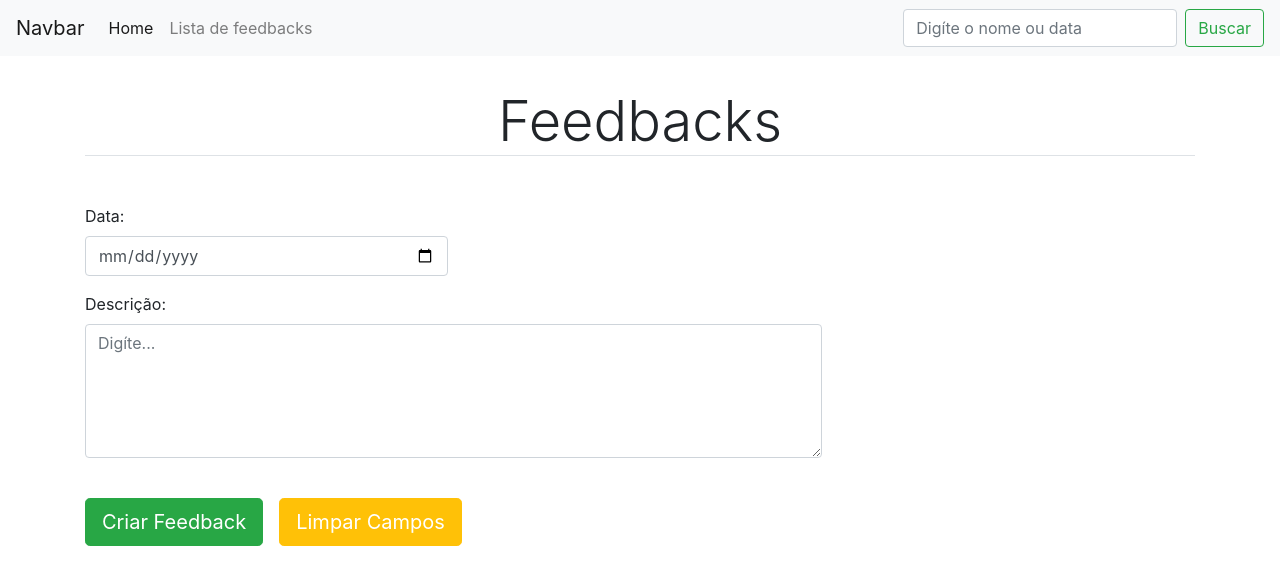
Repository: JulioSantooz/maisViagensSegundaVersao
Page: java-web(eclipse)/java-crud-mais-viagens/src/main/webapp/descricao.html
These files come from the project's save history. The page is drawn as it stood at one moment and after the next save; the edit follows.
The browser window is 1280 px wide. The pictures show the whole page.
Some web libraries are served in a nearby version.

Above is the page before, as saved 2022-02-06 15:27:32.

### java-web(eclipse)/java-crud-mais-viagens/src/main/webapp/descricao.html
<!DOCTYPE html>
<html>
<head>
<meta charset="ISO-8859-1">
<link rel="stylesheet" href="https://maxcdn.bootstrapcdn.com/bootstrap/4.0.0/css/bootstrap.css">
<title>+Viagens - Feedbacks</title>
</head>
<body>

<nav class="navbar navbar-expand-lg navbar-light bg-light">
  <a class="navbar-brand" href="#">Navbar</a>
  <button class="navbar-toggler" type="button" data-toggle="collapse" data-target="#navbarSupportedContent" aria-controls="navbarSupportedContent" aria-expanded="false" aria-label="Toggle navigation">
    <span class="navbar-toggler-icon"></span>
  </button>

  <div class="collapse navbar-collapse" id="navbarSupportedContent">
    <ul class="navbar-nav mr-auto">
      <li class="nav-item active">
        <a class="nav-link" href="index.html">Home <span class="sr-only">(current)</span></a>
      </li>
      <li class="nav-item">
        <a class="nav-link" href="#">Lista de feedbacks</a>
      </li>
    </ul>
    <form class="form-inline my-2 my-lg-0">
      <input name="pesquisa" class="form-control mr-sm-2" type="search" placeholder="Digíte o nome ou data" aria-label="Search">
      <button class="btn btn-outline-success my-2 my-sm-0" type="submit">Buscar</button>
    </form>
  </div>
</nav>

<main class="container text-center mt-3">
	<div class="row">
		<div class="col-12">
			<h1 class="display-4 my-3 border-bottom">Feedbacks</h1>
			<form action="CreateAndFind" method="POST">
                <div class="form-row mt-5 d-flex flex-column">
                    <div class="form-group col-4">
                        <label for="" class="float-left">Data:</label>
                        <input name="data" type="date" class="form-control" id="">
                    </div>
                    <div class="form-group col-8">
                        <label for="" class="float-left">Descrição:</label>
                        <textarea name="descricao" maxlength="300" class="form-control" id="" rows="5" placeholder="Digíte..."></textarea>
                    </div>
                </div>
                <button type="submit" class="btn btn-lg btn-success my-4 float-left">Criar Feedback</button>
                <button type="reset" class="btn btn-lg btn-warning text-white ml-3 my-4 float-left">Limpar Campos</button>
            </form>
		</div>
	</div>
</main>


<script src="https://code.jquery.com/jquery-3.2.1.slim.min.js"></script>
<script src="https://cdnjs.cloudflare.com/ajax/libs/popper.js/1.12.9/umd/popper.min.js"></script>
<script src="https://maxcdn.bootstrapcdn.com/bootstrap/4.0.0/js/bootstrap.js"></script>

</body>
</html>

After the next save:
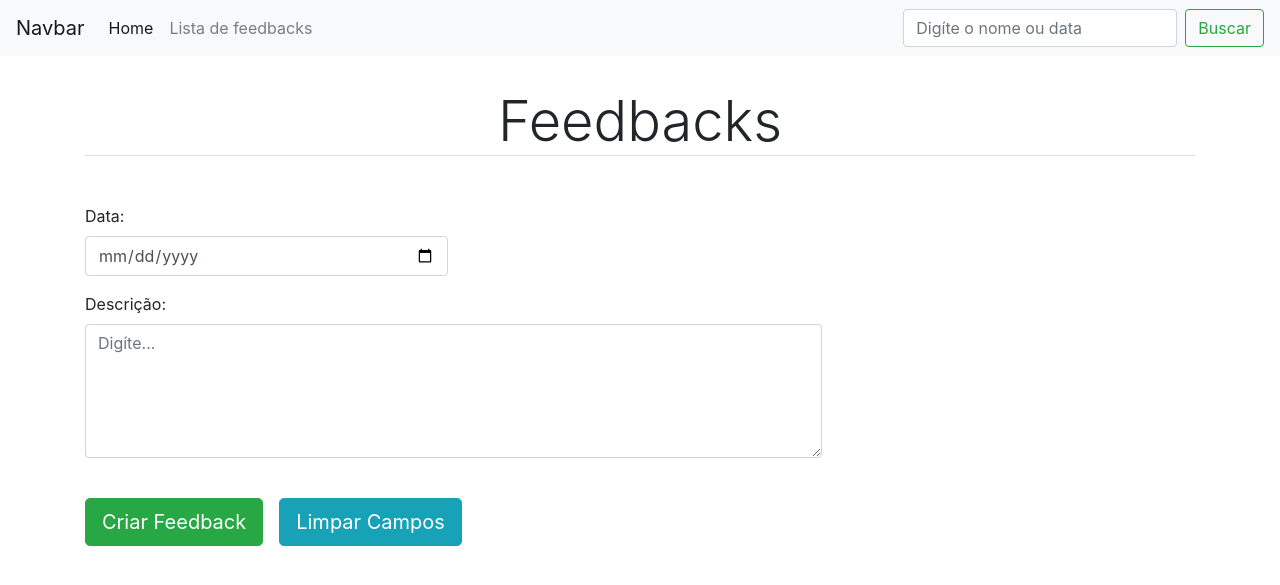
Saved 49 s later.
--- a/java-web(eclipse)/java-crud-mais-viagens/src/main/webapp/descricao.html
+++ b/java-web(eclipse)/java-crud-mais-viagens/src/main/webapp/descricao.html
@@ -45,7 +45,7 @@
                     </div>
                 </div>
                 <button type="submit" class="btn btn-lg btn-success my-4 float-left">Criar Feedback</button>
-                <button type="reset" class="btn btn-lg btn-warning text-white ml-3 my-4 float-left">Limpar Campos</button>
+                <button type="reset" class="btn btn-lg btn-info ml-3 my-4 float-left">Limpar Campos</button>
             </form>
 		</div>
 	</div>
